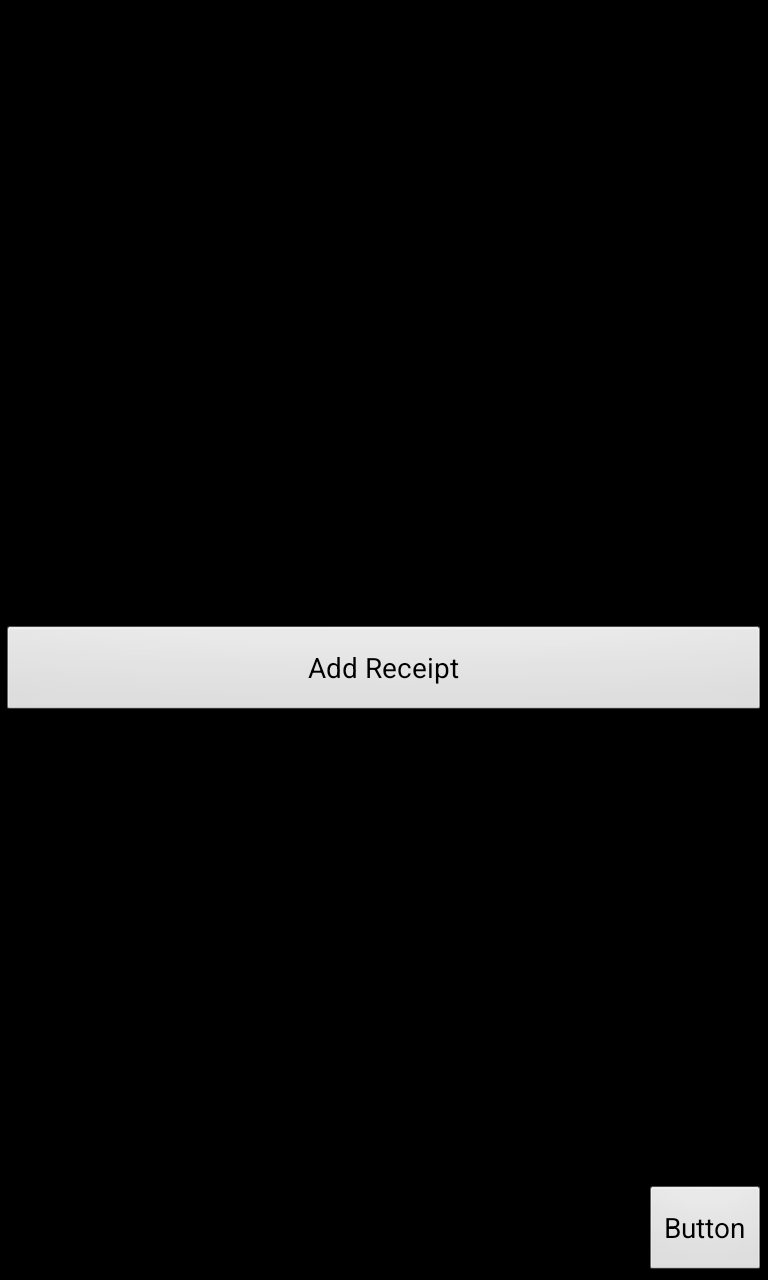
Repository: codingricky/android-expense-it
Layout: expenseit/res/layout/receipt.xml
An editor plug-in stored every save of this project. The layout is shown before and after the next save, followed by the edit.
It is drawn on a 768 x 1280 px phone screen (xhdpi) without system bars, with theme android:Theme; the app's code is not run. Lists and similar views that code fills are empty.

Above is the layout before, as saved 2012-04-29 00:22:26.

### expenseit/res/layout/receipt.xml
<?xml version="1.0" encoding="utf-8"?>
<RelativeLayout xmlns:android="http://schemas.android.com/apk/res/android"
    android:layout_width="match_parent"
    android:layout_height="match_parent"
    android:orientation="vertical" >

    <ListView
        android:id="@+id/list"
        android:layout_width="match_parent"
        android:layout_height="312dp"
        android:layout_weight="0.57" >
    </ListView>

    <Button
        android:id="@+id/addReceiptButton"
        android:layout_width="match_parent"
        android:layout_height="wrap_content"
        android:text="Add Receipt"
        android:layout_below="@+id/list"/>

    <Button
        android:id="@+id/button1"
        android:layout_width="wrap_content"
        android:layout_height="wrap_content"
        android:layout_alignParentBottom="true"
        android:layout_alignParentRight="true"
        android:text="Button"
        android:layout_toLeftOf="@+id/addReceiptButton" />

</RelativeLayout>

After the next save:
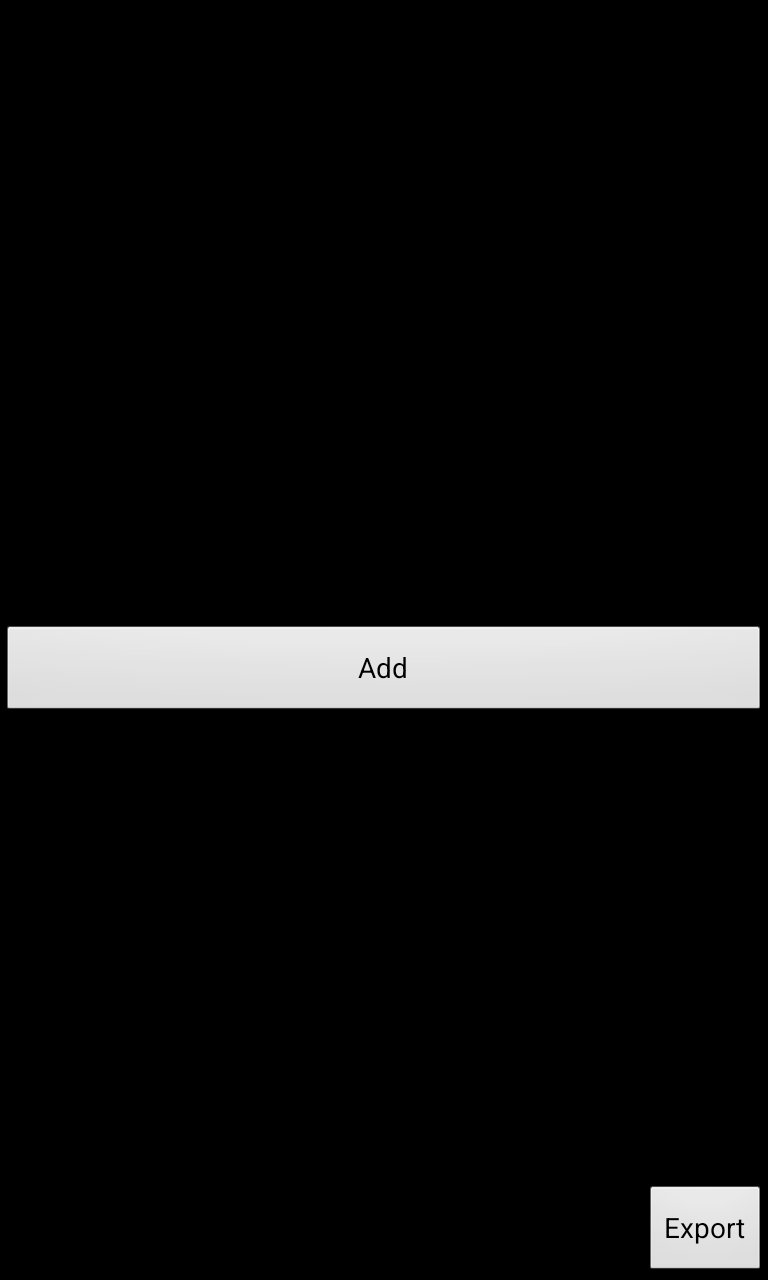
Saved 11 s later.
--- a/expenseit/res/layout/receipt.xml
+++ b/expenseit/res/layout/receipt.xml
@@ -15,7 +15,7 @@
         android:id="@+id/addReceiptButton"
         android:layout_width="match_parent"
         android:layout_height="wrap_content"
-        android:text="Add Receipt"
+        android:text="Add"
         android:layout_below="@+id/list"/>
 
     <Button
@@ -24,7 +24,7 @@
         android:layout_height="wrap_content"
         android:layout_alignParentBottom="true"
         android:layout_alignParentRight="true"
-        android:text="Button"
+        android:text="Export"
         android:layout_toLeftOf="@+id/addReceiptButton" />
 
 </RelativeLayout>
